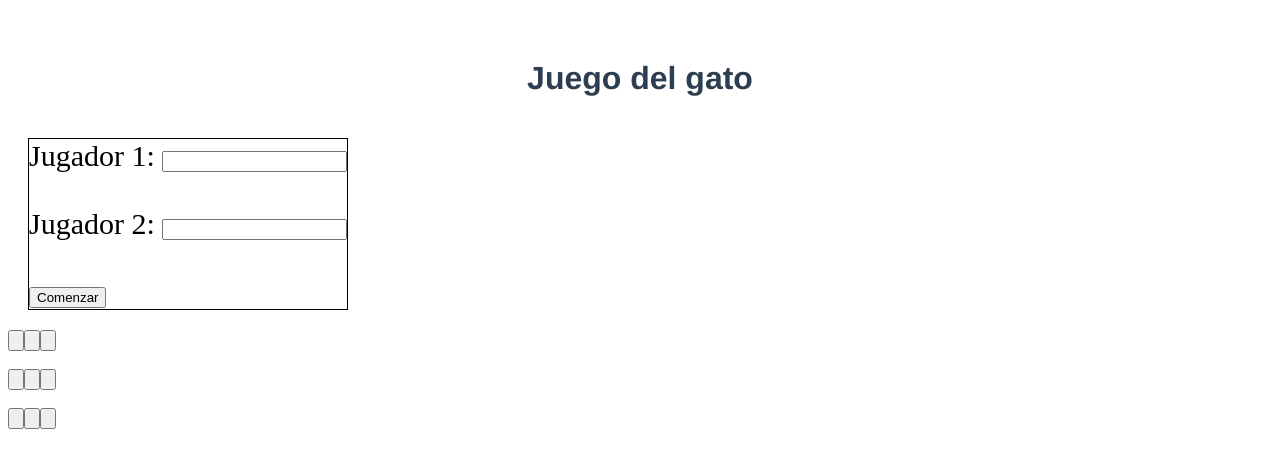
Repository: franciscamanquecheo/Taller-2
Page: / (app in vite-project/)
These files come from the project's save history. The page is drawn as it stood at one moment and after the next save; the edit follows.
The browser window is 1280 px wide. The pictures show the whole page.
The project was rebuilt for these pictures with package versions that can differ from the ones it lists, and the page was loaded fresh each time. Also part of the build but not shown: vite-project/vite.config.ts.

Above is the page before, as saved 2022-06-17 17:31:43.

### vite-project/src/App.vue
<script setup lang="ts">
// This starter template is using Vue 3 <script setup> SFCs
// Check out https://vuejs.org/api/sfc-script-setup.html#script-setup
import HelloWorld from './components/HelloWorld.vue'
</script>

<template>
 <h1>Juego del gato</h1>
<section>
 <article id="comandos">
  Jugador 1:
  <input type="text" id="jugador1"><br><br>
  Jugador 2:
  <input type="text" id="jugador 2"><br><br>
  <input type="button" id="comenzar" value="Comenzar">
  <label id="TurnoJugador"></label>
 </article>
  <article id="Tablero">
    <input type="button" id="casilla1">
    <input type="button" id="casilla2">
    <input type="button" id="casilla3"><br><br>

    <input type="button" id="casilla4">
    <input type="button" id="casilla5">
    <input type="button" id="casilla6"><br><br>

    <input type="button" id="casilla7">
    <input type="button" id="casilla8">
    <input type="button" id="casilla9">



  </article>











</section>
</template>

<style>
h1 {
  font-family: Avenir, Helvetica, Arial, sans-serif;
  -webkit-font-smoothing: antialiased;
  -moz-osx-font-smoothing: grayscale;
  text-align: center;
  color: #2c3e50;
  margin-top: 60px;
}
article#comandos{
  margin: 20px;
  display: inline-block;
  text-align: left;
  border: 1px solid black;
font-size: 30px;


}
section{
  display: inline-block;
  margin: 0 auto;

  width: 100%;
}
template{
  background-color: #2c3e50;
}
</style>

Loaded but not shown: vite-project/index.html (common file); vite-project/src/main.ts (common file)

After the next save:
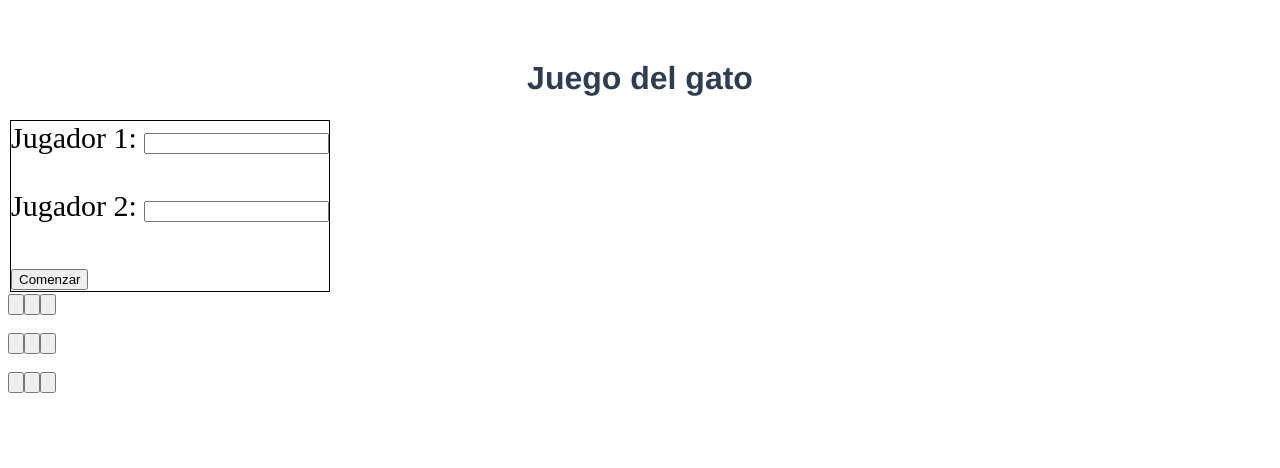
Saved 5 s later.
--- a/vite-project/src/App.vue
+++ b/vite-project/src/App.vue
@@ -55,7 +55,7 @@
   margin-top: 60px;
 }
 article#comandos{
-  margin: 20px;
+  margin: 2px;
   display: inline-block;
   text-align: left;
   border: 1px solid black;

After the save that followed:
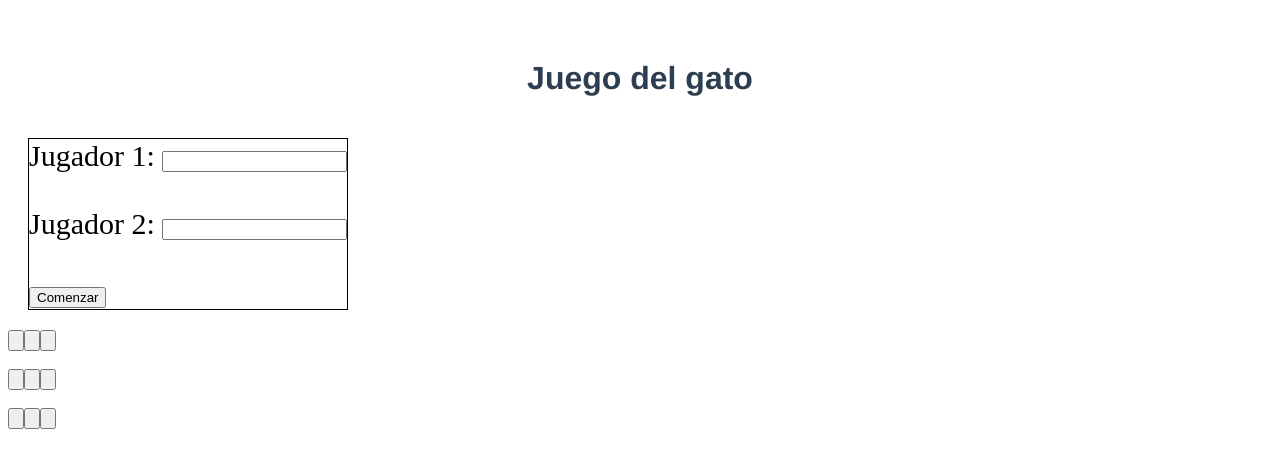
Saved 15 s later.
--- a/vite-project/src/App.vue
+++ b/vite-project/src/App.vue
@@ -55,7 +55,7 @@
   margin-top: 60px;
 }
 article#comandos{
-  margin: 2px;
+  margin: 20px;
   display: inline-block;
   text-align: left;
   border: 1px solid black;
